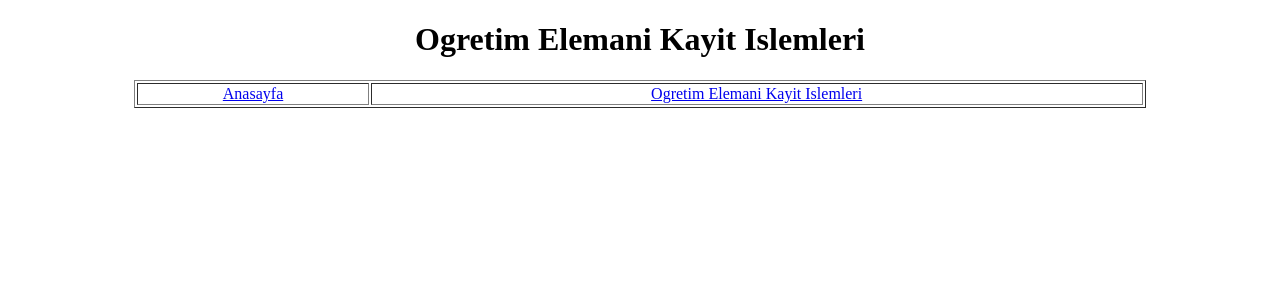
Repository: Egemen-ve-Burakhan-internet-final/final
Page: http://localhost/ogretim/ogretmen_kayit.jsp
The author's editor kept a copy of each file at every save. The page is drawn from the files as they stood at one save, then again after the next save.
The browser window is 1280 px wide. The pictures show the whole page.
The page is served by Tomcat 9.

Above is the page before, as saved 2020-05-25 14:12:01.

After the next save:
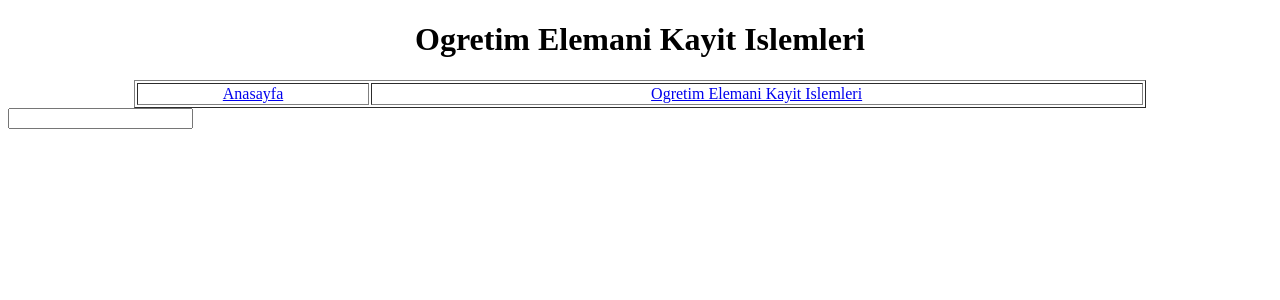
Saved 13 s later.
--- a/okul/ogretim/WebContent/ogretmen_kayit.jsp
+++ b/okul/ogretim/WebContent/ogretmen_kayit.jsp
@@ -21,8 +21,8 @@
 		</div>
 
 		<div>
-			<form method="get">
-
+			<form method="get" >
+				<input type="t">
 			</form>
 		</div>
 
